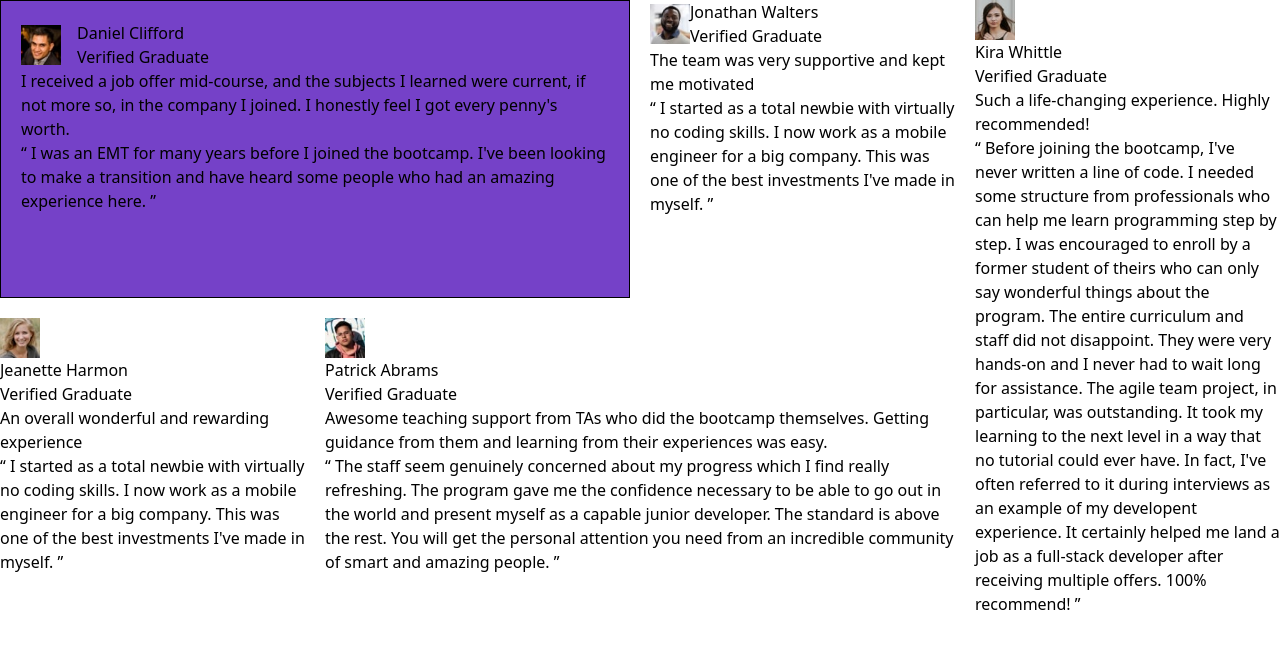
Repository: DiyBookOfLife/ps-FrontendMentor
Page: index.html
These files come from the project's save history. The page is drawn as it stood at one moment and after the next save; the edit follows.
The browser window is 1280 px wide. The pictures show the whole page.
Some web libraries are served in a nearby version.

Above is the page before, as saved 2026-01-02 14:32:55.

After the next save:
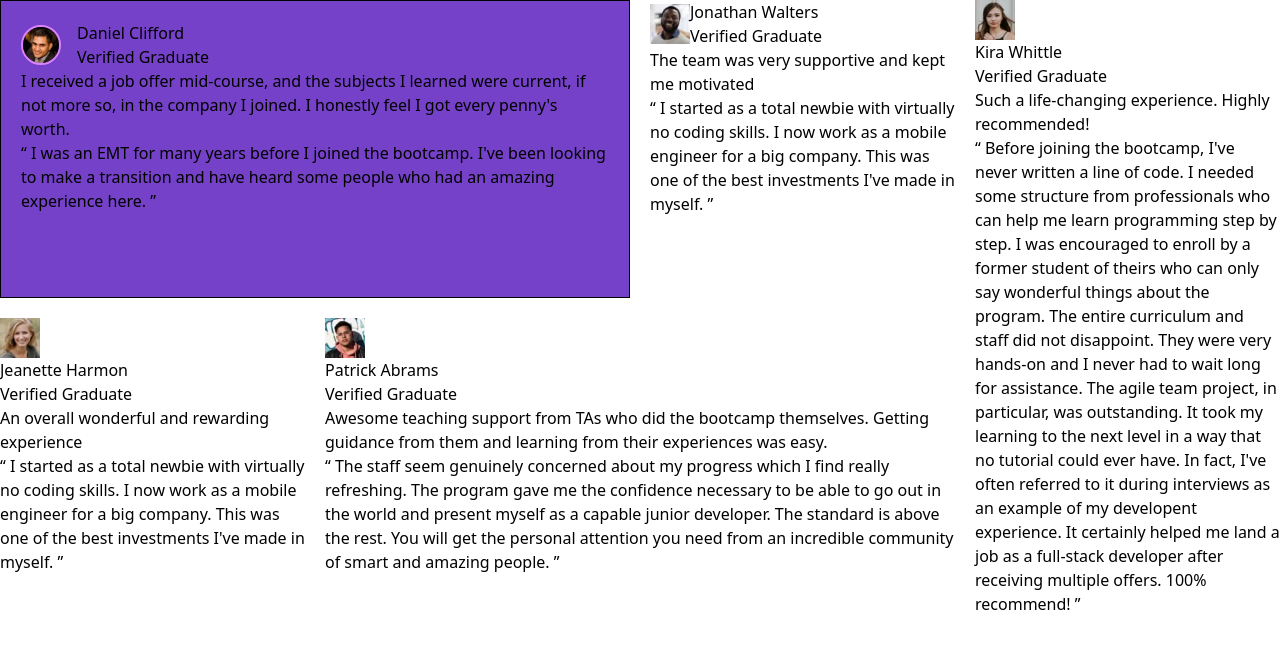
Saved 88 s later.
--- a/index.html
+++ b/index.html
@@ -24,7 +24,7 @@
       <div class="col-start-1 col-end-3 bg-[hsl(263,55%,52%)] border border-black p-5">
 
   <div class="flex items-center gap-4">
-    <img
+    <img  class="h-[40px] border-2 border-[rgb(219,132,250)] rounded-full"
       class="h-[40px]"
       src="./images/image-daniel.jpg"
       alt="picture of daniel"
